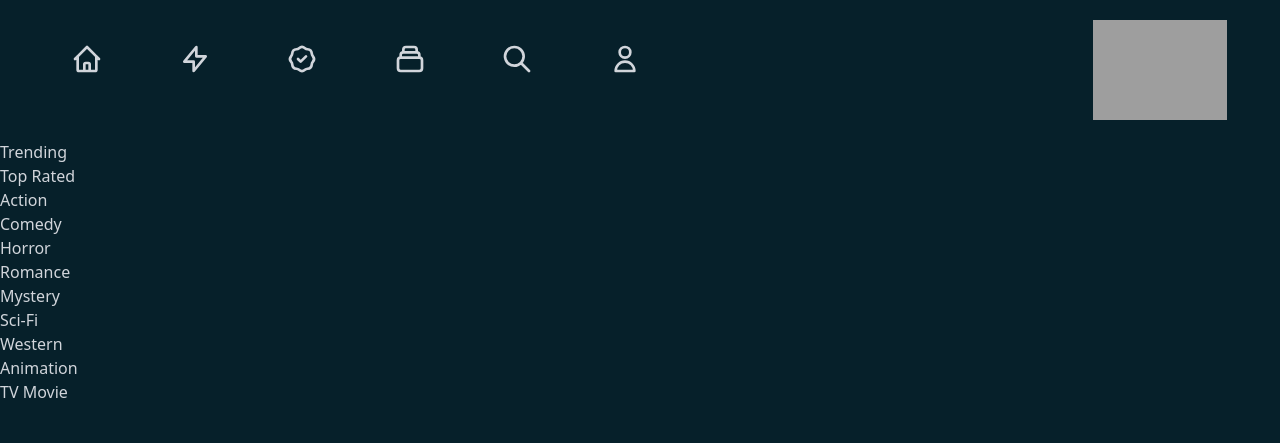
Repository: hsglc/hulu-clone
Page: /
The author's editor kept a copy of each file at every save. The page is drawn from the files as they stood at one save, then again after the next save.
The browser window is 1280 px wide. The pictures show the whole page.
Pictures or frames that could not be fetched are drawn as grey boxes. The project was rebuilt for these pictures with package versions that can differ from the ones it lists, and the page was loaded fresh each time. The framework's server and built-in components were replaced by stand-ins that run in the browser. Also part of the build but not shown: next.config.js.

Above is the page before, as saved 2021-05-31 10:42:29.

### pages/index.js
import Head from "next/head";
import Header from "../components/Header";
import Nav from "../components/Nav";
export default function Home() {
  return (
    <div>
      <Head>
        <title>Hulu</title>
        <meta name="description" content="Nextjs Hulu app clone" />
        <link rel="icon" href="/hulu.ico" />
      </Head>

      <Header />
      <Nav />
    </div>
  );
}

### components/Header.js
import Image from "next/image";
import HeaderItem from "./HeaderItem";

import {
  HomeIcon,
  BadgeCheckIcon,
  CollectionIcon,
  LightningBoltIcon,
  SearchIcon,
  UserIcon,
} from "@heroicons/react/outline";

function Header() {
  return (
    <header className="flex flex-col sm:flex-row m-5 justify-between items-center h-auto" >
      <div className="flex flex-grow justify-evenly max-w-2xl ">
        <HeaderItem title="HOME" Icon={HomeIcon} />
        <HeaderItem title="TRENDING" Icon={LightningBoltIcon} />
        <HeaderItem title="VERIFIED" Icon={BadgeCheckIcon} />
        <HeaderItem title="COLLECTIONS" Icon={CollectionIcon} />
        <HeaderItem title="SEARCH" Icon={SearchIcon} />
        <HeaderItem title="ACCOUNT" Icon={UserIcon} />
      </div>
      <Image
        className="object-contain"
        src="https://links.papareact.com/ua6"
        width={200}
        height={100}
      />
    </header>
  );
}

export default Header;

### components/Nav.js
import requests from "../utils/requests";

function Nav() {
  return (
    <nav>
      <div>
        {Object.entries(requests).map(([key, { title, url }]) => (
          <h2 key={key} className="cursor-pointer transition duration-500 transform hover:scale-125 hover:text-white active:text-red-500">{title}</h2>
        ))}
      </div>
    </nav>
  );
}

export default Nav;

### components/HeaderItem.js
function HeaderItem({ title, Icon }) {
  return (
    <div className="group flex flex-col cursor-pointer items-center w-12 sm:w-20 hover:text-white ">
      <Icon className="h-8 mb-1 mt-1.5 group-hover:animate-bounce" />
      <p className="opacity-0 group-hover:opacity-100  tracking-widest">
        {title}
      </p>
    </div>
  );
}

export default HeaderItem;

### utils/requests.js
const API_KEY = process.env.API_KEY;

export default {
  fetchTrending: {
    title: "Trending",
    url: `/trending/all/week?api_key=${API_KEY}&language=en-US`,
  },
  fetchTopRated: {
    title: "Top Rated",
    url: `/movie/top_rated/week?api_key=${API_KEY}&language=en-US`,
  },
  fetchActionMovies: {
    title: "Action",
    url: `/discover/movie/week?api_key=${API_KEY}&with_genres=28`,
  },
  fetchComedyMovies: {
    title: "Comedy",
    url: `/discover/movie/week?api_key=${API_KEY}&with_genres=35`,
  },
  fetchHorrorMovies: {
    title: "Horror",
    url: `/discover/movie/week?api_key=${API_KEY}&with_genres=27`,
  },
  fetchRomanceMovies: {
    title: "Romance",
    url: `/discover/movie/week?api_key=${API_KEY}&with_genres=10749`,
  },
  fetchMystery: {
    title: "Mystery",
    url: `/discover/movie/week?api_key=${API_KEY}&with_genres=9648`,
  },
  fetchSciFi: {
    title: "Sci-Fi",
    url: `/discover/movie/week?api_key=${API_KEY}&with_genres=878`,
  },
  fetchWestern: {
    title: "Western",
    url: `/discover/movie/week?api_key=${API_KEY}&with_genres=37`,
  },
  fetchAnimation: {
    title: "Animation",
    url: `/discover/movie/week?api_key=${API_KEY}&with_genres=16`,
  },
  fetchTV: {
    title: "TV Movie",
    url: `/discover/movie/week?api_key=${API_KEY}&with_genres=10770`,
  },
};

### tailwind.config.js
module.exports = {
  mode: "jit",
  purge: ["./pages/**/*.{js,ts,jsx,tsx}", "./components/**/*.{js,ts,jsx,tsx}"],
  darkMode: false, // or 'media' or 'class'
  theme: {
    extend: {},
  },
  variants: {
    extend: {
      transitionDuration: ["hover", "focus"],
      overflow: ["hover", "focus"],
    },
  },
  plugins: [require("tailwind-scrollbar-hide")],
};

Loaded but not shown: pages/_app.js (common file); styles/globals.css (common file)

After the next save:
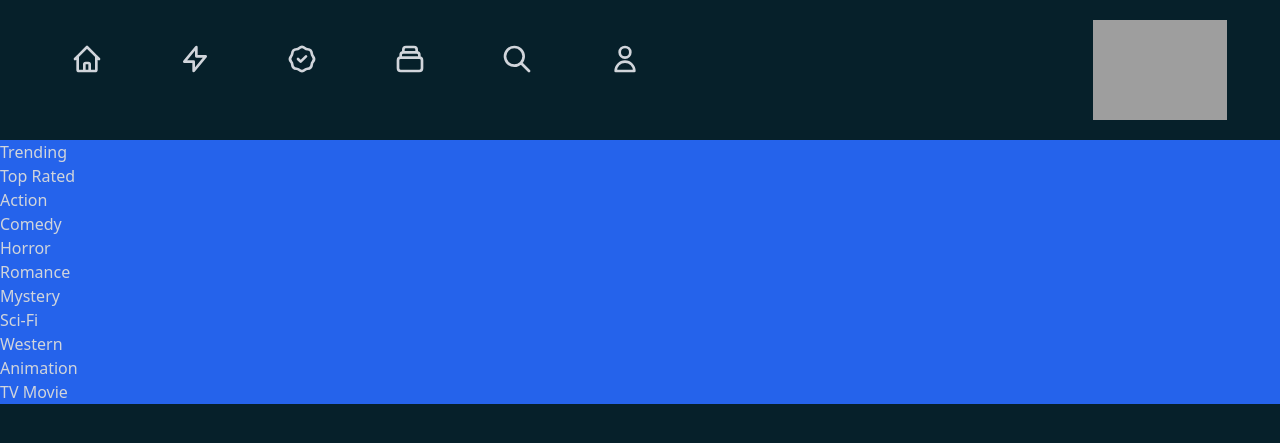
Saved 53 s later.
--- a/components/Nav.js
+++ b/components/Nav.js
@@ -5,7 +5,7 @@ function Nav() {
     <nav>
       <div>
         {Object.entries(requests).map(([key, { title, url }]) => (
-          <h2 key={key} className="cursor-pointer transition duration-500 transform hover:scale-125 hover:text-white active:text-red-500">{title}</h2>
+          <h2 key={key} className="cursor-pointertransition duration-500 ease-in-out bg-blue-600 hover:bg-red-600 transform hover:-translate-y-1 hover:scale-110">{title}</h2>
         ))}
       </div>
     </nav>
